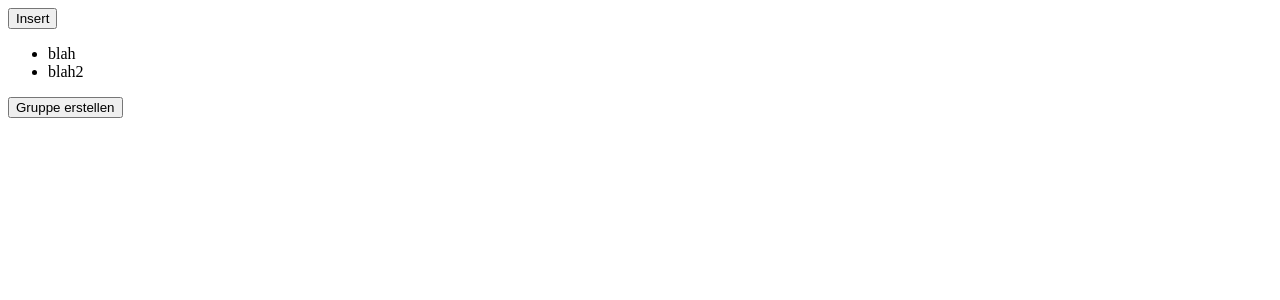
Repository: ubermanalex/DjCrowd
Page: ScaleYourFriends/online_home.html
An editor plug-in stored every save of this project. The page is shown before and after the next save, followed by the edit.
The browser window is 1280 px wide. The pictures show the whole page.

Above is the page before, as saved 2013-06-11 12:58:35.

### ScaleYourFriends/online_home.html
<!--<ul data-role="listview" data-filter="true">
<li>
<a href="group.html" data-transition="slide">
<h1>Coole Gruppe</h1>
<img src="http://s2.favim.com/orig/37/best-friends-cute-finger-hand-love-Favim.com-302503.jpg">
<p>Erika Mustermann, Alexander Vielhauer</p>
</a>
</li>
<li>
<a href="group.html" data-transition="slide">
<img src="http://www.automation-news.de/gruppe1.gif">
<h1>Gruppe1</h1>
<p>Norine,Kirstin,Steffi,Alex</p>
</a>
</li>
<li>
<a href="group.html" data-transition="slide">
<img src="http://i44.tinypic.com/5eu812_th.png">
<h1>Gruppe2</h1>
<p>Peter</p>
</a>
</li>
</ul>-->
<form>

	<!-- Change "<li>test</li>" to whatever you want -->
	<!-- Change "0" to which list item to insert before (starts at 0, not 1) -->

	<input type='button' value='Insert'  onClick="insertItem('thumbs',0,'<li>test</li>')">

	<ul id="thumbs">
		<li id="blah">
			blah
		</li>
		<li id="blah2">
			blah2
		</li>
	</ul>

</form>

<script language="javascript">
	<!--//

	function insertItem(myid, position, newListItem) {
		var ul = document.getElementById(myid);
		var li = document.createElement("li");
		li.innerHTML = newListItem;
		ul.insertBefore(li, ul.getElementsByTagName("li")[position]);
	}

	//-->
</script>
<input value="Gruppe erstellen" onclick="newgroup()" type="submit" id="newgroupbutton">

<div id="chat"></div>

After the next save:
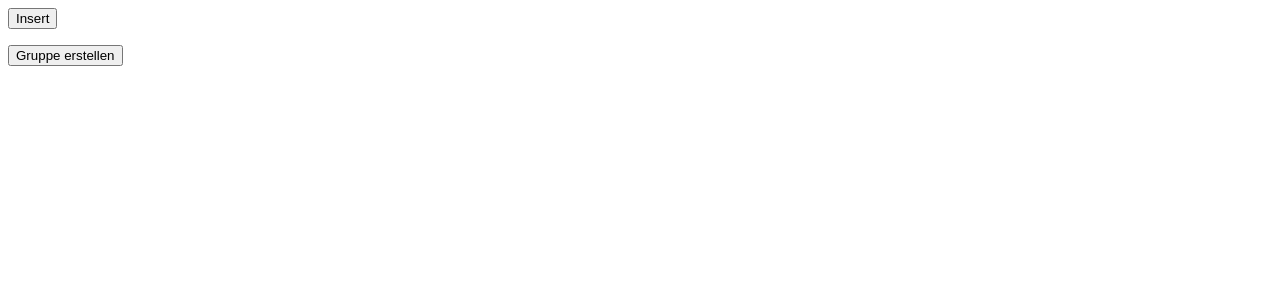
Saved 78 s later.
--- a/ScaleYourFriends/online_home.html
+++ b/ScaleYourFriends/online_home.html
@@ -29,12 +29,7 @@
 	<input type='button' value='Insert'  onClick="insertItem('thumbs',0,'<li>test</li>')">
 
 	<ul id="thumbs">
-		<li id="blah">
-			blah
-		</li>
-		<li id="blah2">
-			blah2
-		</li>
+
 	</ul>
 
 </form>
